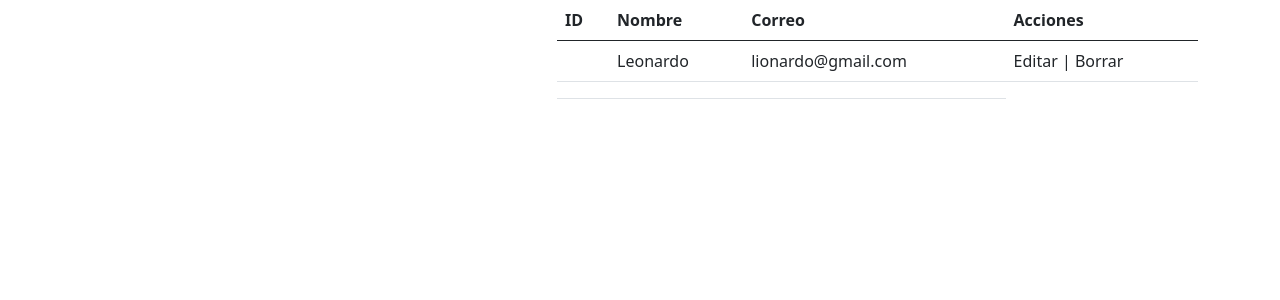
Repository: LionardoGomiz/CRUD-JS-VAINILLA
Page: index.html
These files come from the project's save history. The page is drawn as it stood at one moment and after the next save; the edit follows.
The browser window is 1280 px wide. The pictures show the whole page.

Above is the page before, as saved 2021-08-09 14:05:16.

After the next save:
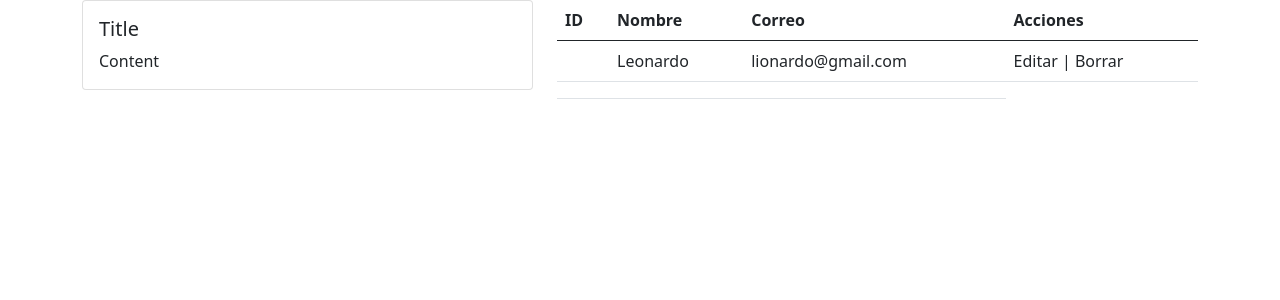
Saved 104 s later.
--- a/index.html
+++ b/index.html
@@ -13,7 +13,12 @@
     <div class="container">
         <div class="row">
             <div class="col-md-5">
-
+                <div class="card">
+                    <div class="card-body">
+                        <h5 class="card-title">Title</h5>
+                        <p class="card-text">Content</p>
+                    </div>
+                </div>
             </div>
             <div class="col-md-7">
                 <table class="table">
